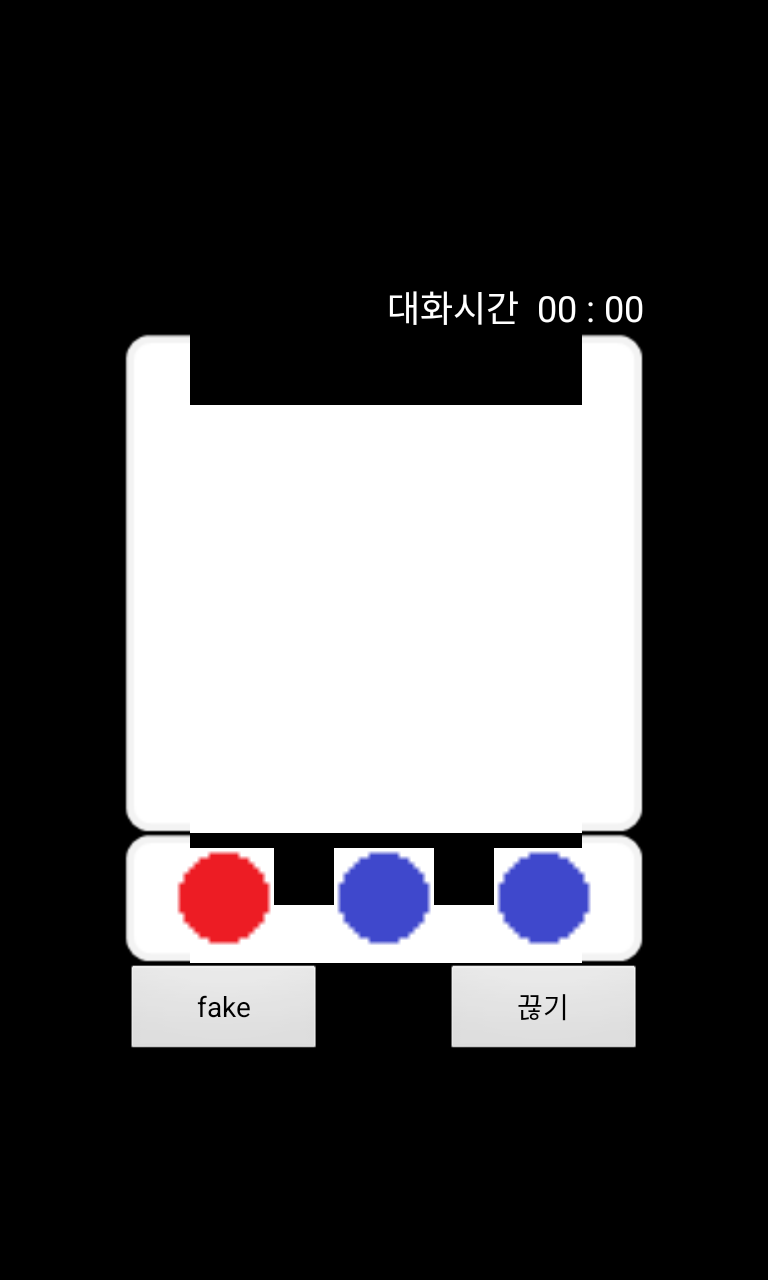
Repository: blacky512/smart_morning_call
Layout: client/SmartMorningCall/res/layout/voicechatting_frag.xml
The author's editor kept a copy of each file at every save. The layout is drawn from the files as they stood at one save, then again after the next save.
It is drawn on a 768 x 1280 px phone screen (xhdpi) without system bars, with theme android:Theme.NoTitleBar; the app's code is not run.

Above is the layout before, as saved 2013-02-23 18:50:48.

After the next save:
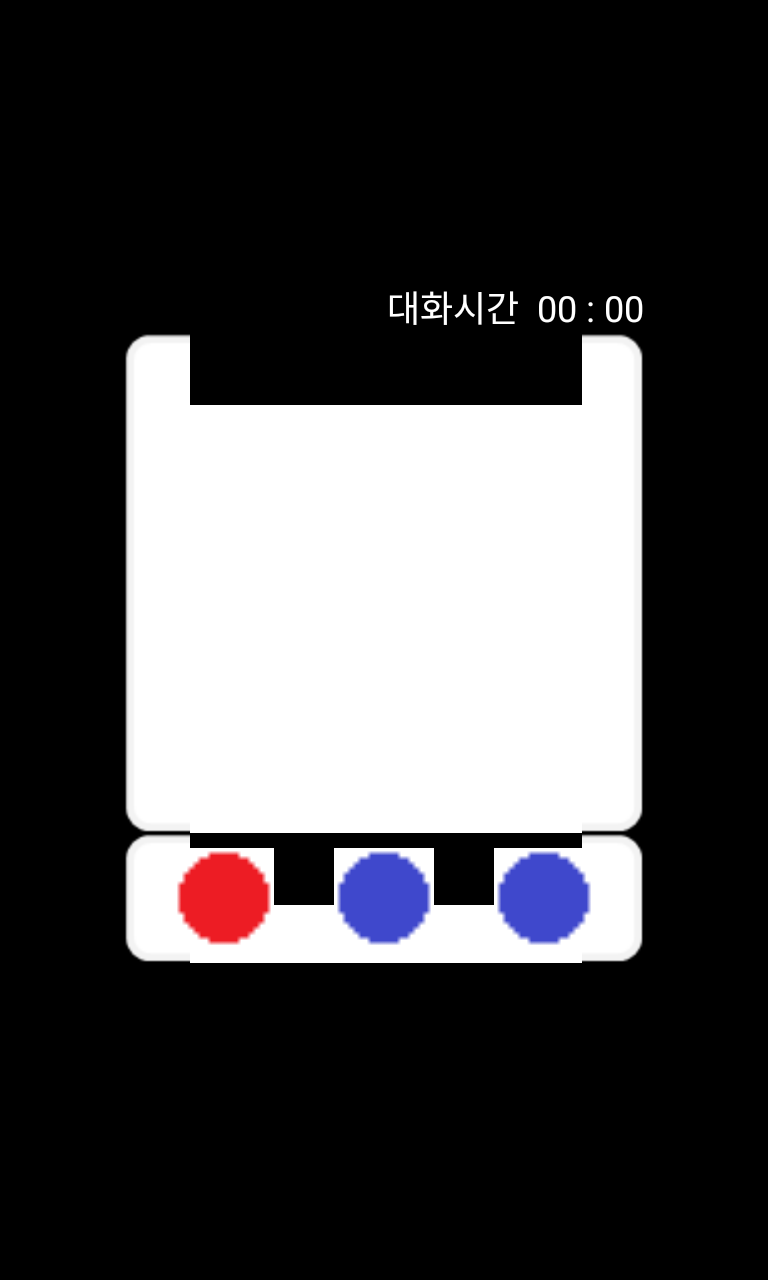
Saved 37 s later.
--- a/client/SmartMorningCall/res/layout/voicechatting_frag.xml
+++ b/client/SmartMorningCall/res/layout/voicechatting_frag.xml
@@ -88,7 +88,7 @@
                 android:layout_alignParentTop="true"
                 android:layout_weight="1"
                 android:text="끊기"
-                android:visibility="visible" />
+                android:visibility="gone" />
 
             <Button
                 android:id="@+id/voicechat_confirm"
@@ -100,14 +100,15 @@
                 android:visibility="gone" />
 
             <Button
-                android:id="@+id/Button01"
+                android:id="@+id/fake"
                 android:layout_width="100dp"
                 android:layout_height="wrap_content"
                 android:layout_alignParentLeft="true"
                 android:layout_alignParentTop="true"
                 android:layout_weight="1"
+                android:clickable="false"
                 android:text="fake"
-                android:visibility="visible" />
+                android:visibility="invisible" />
 
         </RelativeLayout>
     </LinearLayout>
